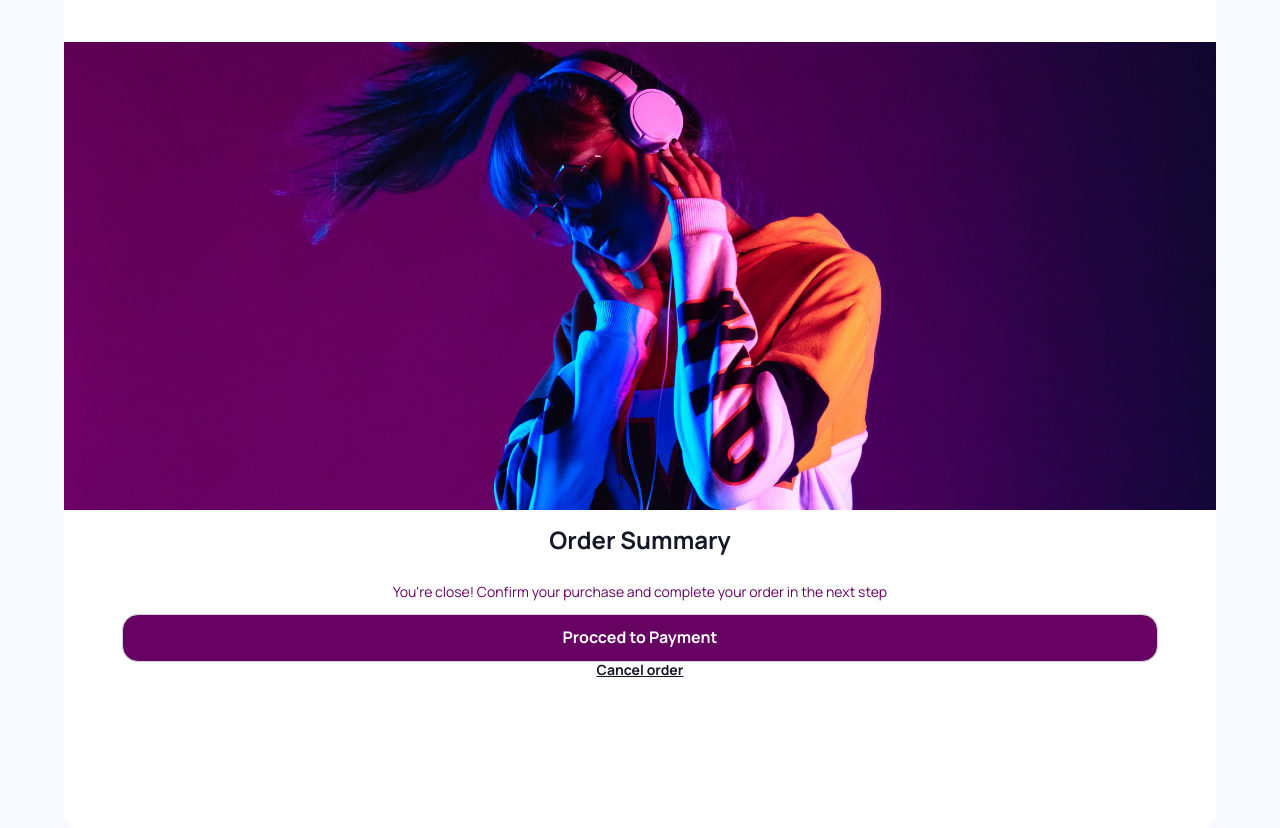
Repository: ssynowiec/INVO-Academy-solution
Page: /
An editor plug-in stored every save of this project. The page is shown before and after the next save, followed by the edit.
The browser window is 1280 px wide. The pictures show the whole page.
The project was rebuilt for these pictures with package versions that can differ from the ones it lists, and the page was loaded fresh each time.

Above is the page before, as saved 2023-02-16 09:44:16.

### index.html
<!DOCTYPE html>
<html lang="en">

<head>
  <meta charset="UTF-8" />
  <link rel="icon" type="image/svg+xml" href="/vite.svg" />
  <meta name="viewport" content="width=device-width, initial-scale=1.0" />
  <title>INVO Academy JS Starter with Vite</title>
</head>

<!-- In order to start your challenge, remove all the content inside <div id="home-page"></div> and start coding :) -->

<body>
  <div id="home-page" class="container">
    <section class="order">
      <img src="/images/girl.jpeg" alt="" class="order-image">
      <h1 class="order-title">Order Summary</h1>
      <p class="order-description">You're close! Confirm your purchase and complete your order in the next step</p>
      <div></div>
      <button class="order-button">Procced to Payment</button>
      <a href="#" class="order-link">Cancel order</a>
    </section>
  </div>

  <script type="module" src="/src/global-scripts/main.js"></script>
  <script type="module" src="/src/pages/home-page/scripts/home-page.js"></script>
</body>

</html>

### src/pages/home-page/scripts/home-page.js
/// Homepage JavaScript File
/// Here we import all the JavaScript files we need for our homepage.

import '../styles/home-page.scss';

### src/global-styles/style.scss
/// Main Styles File
/// Here we import all the global Styles files we need for our project.

@import 'styles/normalize.scss';
@import 'styles/root.scss';
@import 'styles/fonts.scss';

body {
	font-family: 'Manrope', sans-serif;
	color: var(--color-primary);
	background-color: var(--color-background);
	display: flex;
	justify-content: center;
	align-items: center;
	height: 100vh;
}

p {
	color: var(--color-on-surface);
}

### src/pages/home-page/styles/home-page.scss
/// Homepage Styles File
/// Here we import all the Styles files we need for our Homepage.

.container {
	display: flex;
	justify-content: center;
}

.order {
	display: flex;
	flex-direction: column;
	justify-content: center;
	align-items: center;
	width: 90%;
	border-radius: 16px;
	overflow: hidden;
	background-color: var(--color-white);

	&-image {
		width: 100%;
		height: 50%;
		object-fit: cover;
	}

	&-title {
		font-weight: bold;
		font-size: 24px;
		color: var(--color-title);
	}

	&-description {
		font-size: 14px;
		text-align: center;
	}

	&-button {
		width: 90%;
		padding: 10px;
		border-radius: 16px;
		font-weight: bold;
		font-size: 16px;
		line-height: 160%;
		letter-spacing: -1%;
		border: 1px solid var(--color-stroke);
		background-color: var(--color-primary);
		color: var(--color-white);
		cursor: pointer;

		&:hover {
			background-color: var(--color-primary-hover);
		}
	}

	&-link {
		letter-spacing: -1%;
		font-size: 14px;
		font-weight: bold;
		color: var(--color-title);
	}
}

### src/global-styles/styles/root.scss
/// Root Styles file
/// Here we define all the root variables we need for our project.
/// For examples see Material Design color system: https://m2.material.io/design/color/the-color-system.html

:root {
	--color-primary: #680262;
	--color-primary-hover: #490245;
	--color-background: #f8f9fe;
	--color-title: #151827;
	--color-body: #85859b;
	--color-stroke: #cfd1dd;
	--color-white: #ffffff;
}

### src/global-styles/styles/fonts.scss
/// Main Fonts File
/// Here we import all the fonts files we need for our project.

@import url('https://fonts.googleapis.com/css2?family=Manrope:wght@200;300;400;500;600;700;800&display=swap');

Loaded but not shown: src/global-scripts/main.js (common file); src/global-styles/styles/normalize.scss (common file)

After the next save:
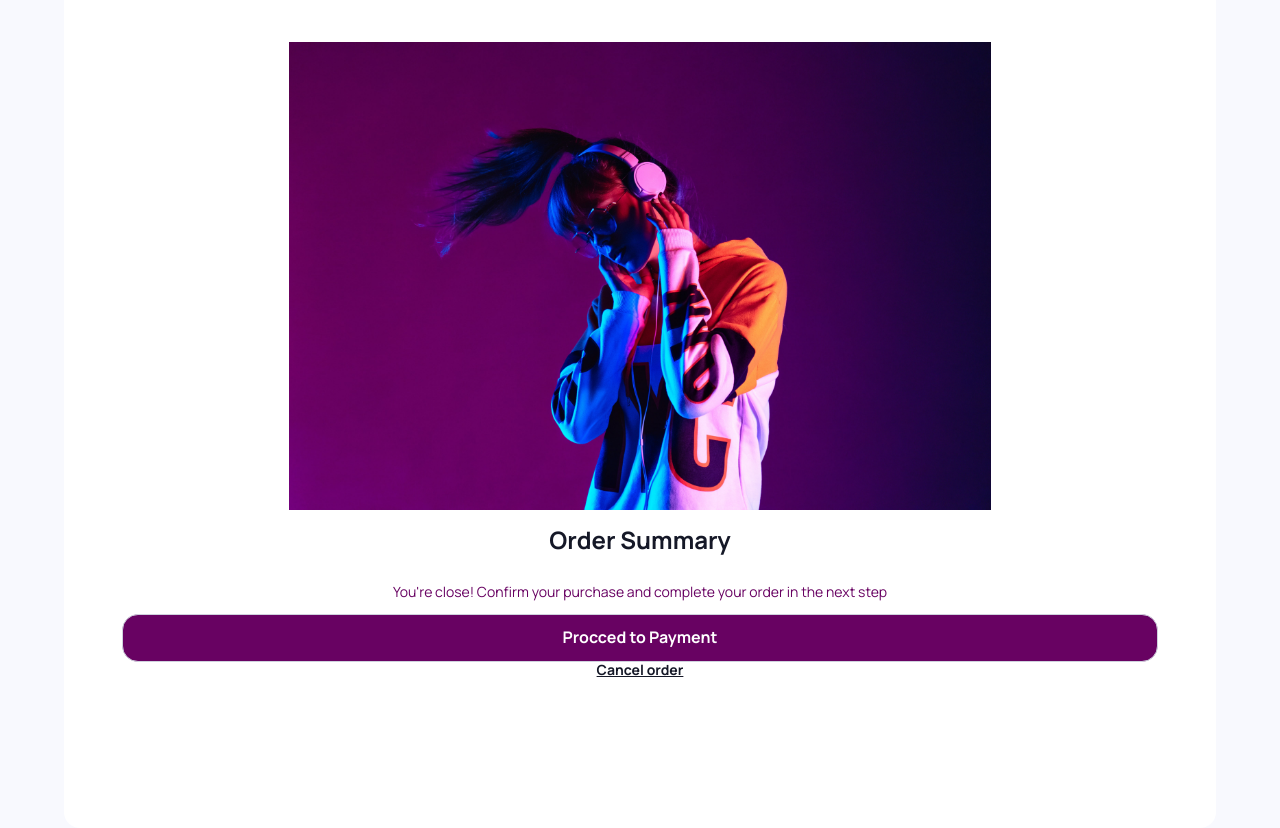
Saved 8 s later.
--- a/src/pages/home-page/styles/home-page.scss
+++ b/src/pages/home-page/styles/home-page.scss
@@ -19,7 +19,7 @@
 	&-image {
 		width: 100%;
 		height: 50%;
-		object-fit: cover;
+		object-fit: contain;
 	}
 
 	&-title {

After the save that followed:
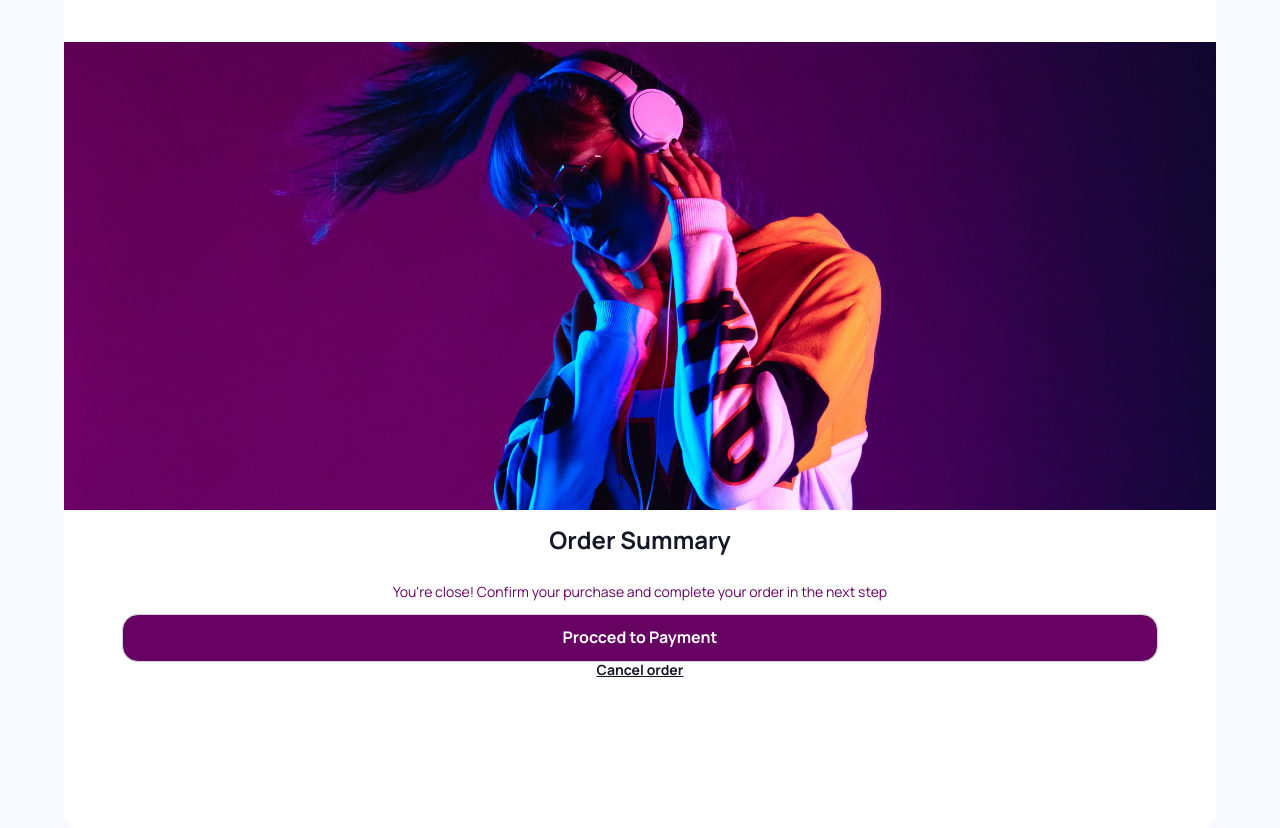
Saved 12 s later.
--- a/src/pages/home-page/styles/home-page.scss
+++ b/src/pages/home-page/styles/home-page.scss
@@ -19,7 +19,7 @@
 	&-image {
 		width: 100%;
 		height: 50%;
-		object-fit: contain;
+		object-fit: cover;
 	}
 
 	&-title {
